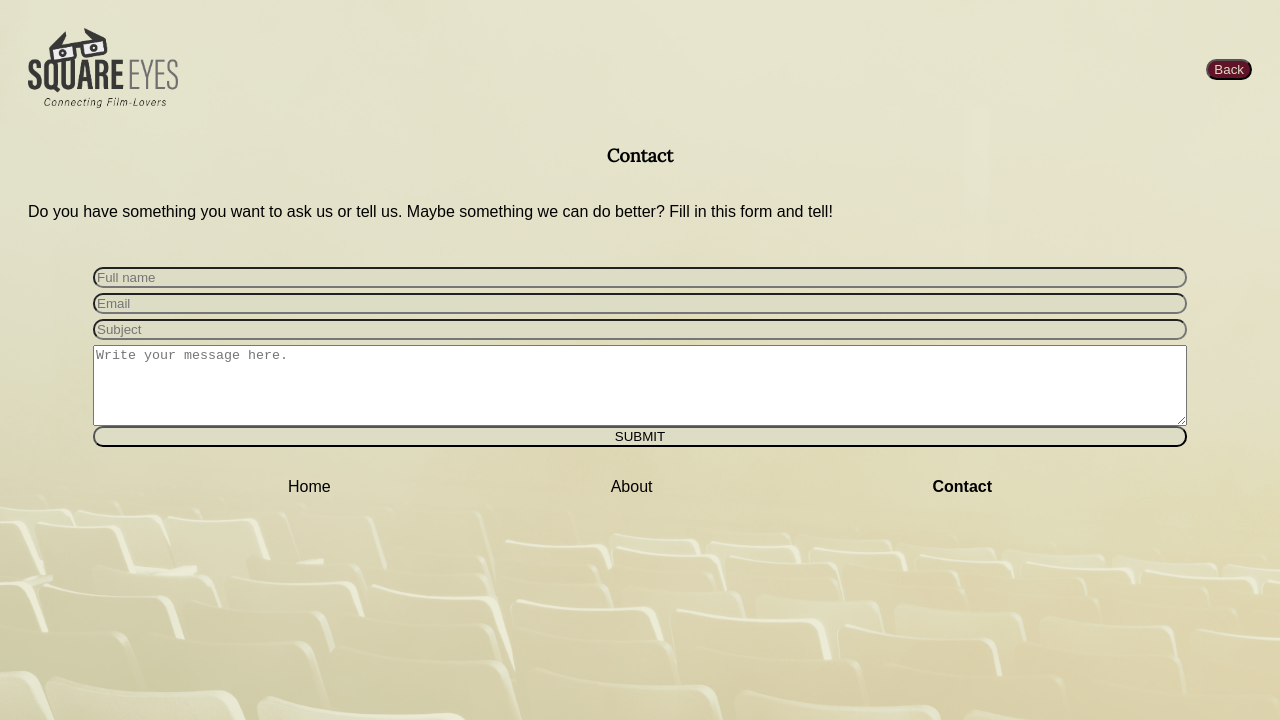
Repository: Noroff-FEU-Assignments/cross-course-project-Bekkholt
Page: contact.html
These files come from the project's save history. The page is drawn as it stood at one moment and after the next save; the edit follows.
The browser window is 1280 px wide. The pictures show the whole page.

Above is the page before, as saved 2022-11-03 11:51:49.

### contact.html
<!DOCTYPE html>
<html>
  <head>
    <title>Square Eyes | Contact</title>
    <meta name="description" content="Square Eyes - Connecting film lovers." />
    <meta name="viewport" content="width=device-width, initial-scale=1" />
    <link href="css/index.css" rel="stylesheet">
    <link rel="preconnect" href="https://fonts.googleapis.com">
    <link rel="preconnect" href="https://fonts.gstatic.com" crossorigin>
    <link href="https://fonts.googleapis.com/css2?family=Lora&display=swap" rel="stylesheet">
  </head>
  <body>
    <header>
      <a href="index.html"><img class="logo" src="images/SquareEyes_Logo.png" alt="Square Eyes logo"></a>
      <a href="index.html"><button class="cta">Back</button></a>
    </header>
    <main>
    <h1>Contact</h1>
    <p>
        Do you have something you want to ask us or tell us. Maybe something we can do better? Fill in this form and tell!
    </p>
    <form action="submit.php" method="post">
      <input placeholder="Full name" type="text" name="fullname" />
      <input placeholder="Email" type="email" name="email" />
      <input placeholder="Subject" type="text" name="subject" />
      <textarea placeholder="Write your message here." id="message" name="message" rows="5" cols="20"></textarea>
      <input placeholder="SUBMIT" type="submit" value="SUBMIT" />
    </form>
  </main>
  <footer>
    <nav>
      <ul>
        <li><a href="index.html">Home</a></li>
        <li><a href="about.html">About</a></li>
        <li><a href="contact.html" class="active">Contact</a></li>
      </ul>
    </nav>
  </footer>
  </body>
</html>

### css/index.css
html {
    background: url(../images/alex-avalos-dnUNjIUCg5c-unsplash.jpg);
    background-size: cover;
    background-repeat: no-repeat;
    background-blend-mode:soft-light;
    background-color: #ddddc5;
    min-height: 100%;
}

h1, h2 {
    font-family: 'Lora', serif;
    font: bold;
    font-size: large;
    text-align: center;
    font-weight: bold;
}

p {
    font-family: 'DM Sans', sans-serif;
    color: #000000;
    text-align: left;
    padding: 20px;
}

form {
    color: #000000;
    display: flex;
    flex-direction: column;
    padding: 10px 85px 10px 85px;
}

header {
display: flex;
flex-direction: row;
justify-content: space-between;
align-items: center;
padding: 20px;
}

input[type=text] [type=email] {
    padding: 10px;
    width: 100%;
}

.genre, .price {
    display: flex;
    flex-direction: row;
    justify-content: space-around;
}

.price {
    padding-top: 0px;
    padding-bottom: 10px;
}

.hobbs, .godzilla, .batman,
.toy-story, .addams, .sweetheart, .hollywood, .scream, .director_photo {
    max-width: 100px;
    margin: 0px;
}

.collections {
    display: flex;
    flex-direction: row;
    justify-content: space-around;
}

.cta {
    background-color: #611428;
    color: #ddddc5;
    border-radius: 50px;
    max-width: 100px;
    text-decoration: none;
    text-align: center;
}

.logo {
    max-width: 150px;
    padding: 0px;
}

ul a {
    font-family: 'DM Sans', sans-serif;
    color: #000000;
    text-decoration: none;
}

ul {
    list-style: none;
    display: flex;
    flex-direction: row;
    justify-content: space-evenly;
    padding: 0%;
}

.active {
    font-weight: bold;
}

.allproducts {
    display: flex;
    flex-direction: row;
}

.addams__specific {
    max-width: 50%;
    max-height: 50%;
    padding: 95px;
    padding-top: 20px;
    padding-bottom: 20px;
}

.checkmark {
    padding-left: 155px;
}

.checkout_buttons {
    display: flex;
    flex-direction: column;
    align-items: center;
    padding-top: 5px;
}

.index {
    text-align: left;
    padding-left: 15px;
}

.continue {
    text-align: center;
    padding: 0px;
}

.congratulations {
    color: #611428;
    font-size: x-large;
}

.director_photo {
    padding-left: 20px;
}

input  {
    margin-bottom: 5px;
    border-radius: 10px;
    background-color: #ddddc5;
}

After the next save:
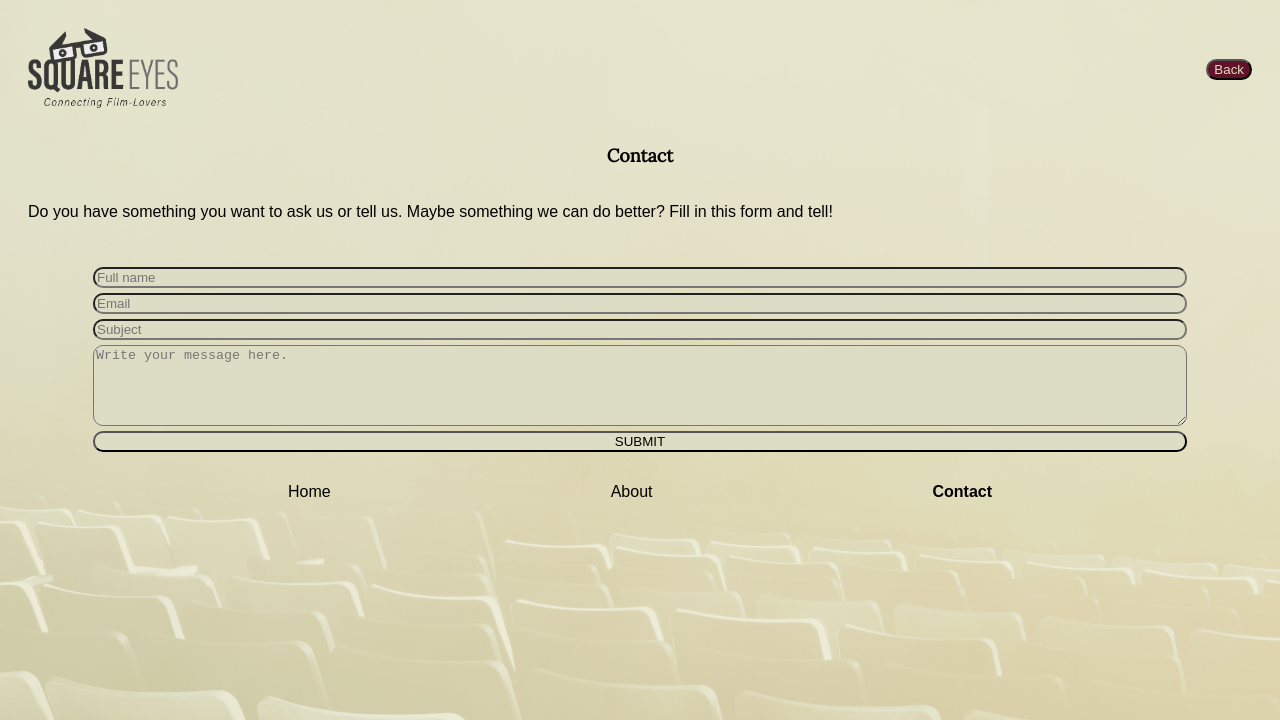
Saved 9 s later.
--- a/css/index.css
+++ b/css/index.css
@@ -140,7 +140,7 @@
     padding-left: 20px;
 }
 
-input  {
+input, textarea  {
     margin-bottom: 5px;
     border-radius: 10px;
     background-color: #ddddc5;
